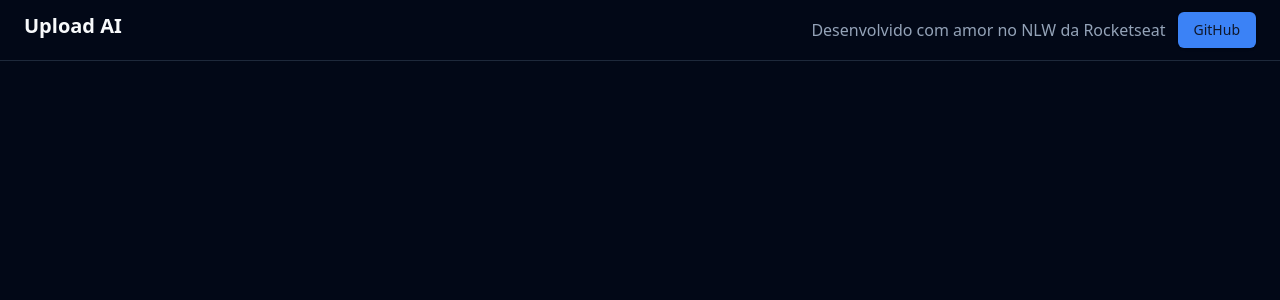
Repository: brksaian/nlw-2023-IA
Page: /
An editor plug-in stored every save of this project. The page is shown before and after the next save, followed by the edit.
The browser window is 1280 px wide. The pictures show the whole page.
The project was rebuilt for these pictures with package versions that can differ from the ones it lists, and the page was loaded fresh each time. Also part of the build but not shown: vite.config.ts.

Above is the page before, as saved 2023-09-12 21:36:08.

### index.html
<!DOCTYPE html>
<html lang="en">
  <head>
    <meta charset="UTF-8" />
    <meta name="viewport" content="width=device-width, initial-scale=1.0" />
    <title>Upload AI</title>
  </head>
  <body>
    <div id="root"></div>
    <script type="module" src="/src/main.tsx"></script>
  </body>
</html>

### src/App.tsx
import { Button } from "./components/ui/button";

export function App() {
  return (
    <div>
      <div className="px-6 py-3 flex item-center justify-between border-b">
        <h1 className="text-xl font-bold">Upload AI</h1>

        <div className="flex items-center gap-3">
          <span className="text-small text-muted-foreground">
            Desenvolvido com amor no NLW da Rocketseat{" "}
          </span>
          <Button>GitHub</Button>
        </div>
      </div>
    </div>
  );
}

### src/index.css
@tailwind base;
@tailwind components;
@tailwind utilities;

@layer base {
  :root {
    --background: 222.2 84% 4.9%;
    --foreground: 210 40% 98%;
    --card: 222.2 84% 4.9%;
    --card-foreground: 210 40% 98%;
    --popover: 222.2 84% 4.9%;
    --popover-foreground: 210 40% 98%;
    --primary: 217.2 91.2% 59.8%;
    --primary-foreground: 222.2 47.4% 11.2%;
    --secondary: 217.2 32.6% 17.5%;
    --secondary-foreground: 210 40% 98%;
    --muted: 217.2 32.6% 17.5%;
    --muted-foreground: 215 20.2% 65.1%;
    --accent: 217.2 32.6% 17.5%;
    --accent-foreground: 210 40% 98%;
    --destructive: 0 62.8% 30.6%;
    --destructive-foreground: 210 40% 98%;
    --border: 217.2 32.6% 17.5%;
    --input: 217.2 32.6% 17.5%;
    --ring: 224.3 76.3% 48%;

    --radius: 0.5rem;
  }
}

@layer base {
  * {
    @apply border-border;
  }
  body {
    @apply bg-background text-foreground;
  }
}

### src/components/ui/button.tsx
import * as React from "react"
import { Slot } from "@radix-ui/react-slot"
import { cva, type VariantProps } from "class-variance-authority"

import { cn } from "@/lib/utils"

const buttonVariants = cva(
  "inline-flex items-center justify-center rounded-md text-sm font-medium transition-colors focus-visible:outline-none focus-visible:ring-1 focus-visible:ring-ring disabled:pointer-events-none disabled:opacity-50",
  {
    variants: {
      variant: {
        default:
          "bg-primary text-primary-foreground shadow hover:bg-primary/90",
        destructive:
          "bg-destructive text-destructive-foreground shadow-sm hover:bg-destructive/90",
        outline:
          "border border-input bg-transparent shadow-sm hover:bg-accent hover:text-accent-foreground",
        secondary:
          "bg-secondary text-secondary-foreground shadow-sm hover:bg-secondary/80",
        ghost: "hover:bg-accent hover:text-accent-foreground",
        link: "text-primary underline-offset-4 hover:underline",
      },
      size: {
        default: "h-9 px-4 py-2",
        sm: "h-8 rounded-md px-3 text-xs",
        lg: "h-10 rounded-md px-8",
        icon: "h-9 w-9",
      },
    },
    defaultVariants: {
      variant: "default",
      size: "default",
    },
  }
)

export interface ButtonProps
  extends React.ButtonHTMLAttributes<HTMLButtonElement>,
    VariantProps<typeof buttonVariants> {
  asChild?: boolean
}

const Button = React.forwardRef<HTMLButtonElement, ButtonProps>(
  ({ className, variant, size, asChild = false, ...props }, ref) => {
    const Comp = asChild ? Slot : "button"
    return (
      <Comp
        className={cn(buttonVariants({ variant, size, className }))}
        ref={ref}
        {...props}
      />
    )
  }
)
Button.displayName = "Button"

export { Button, buttonVariants }

Loaded but not shown: src/main.tsx (common file); src/lib/utils.ts (common file); tailwind.config.js (common file)

After the next save:
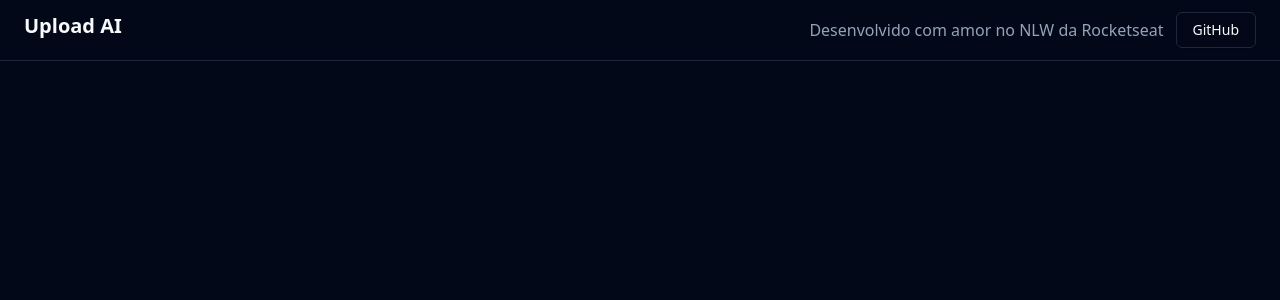
Saved 45 s later.
--- a/src/App.tsx
+++ b/src/App.tsx
@@ -8,9 +8,9 @@ export function App() {
 
         <div className="flex items-center gap-3">
           <span className="text-small text-muted-foreground">
-            Desenvolvido com amor no NLW da Rocketseat{" "}
+            Desenvolvido com amor no NLW da Rocketseat
           </span>
-          <Button>GitHub</Button>
+          <Button variant="outline">GitHub</Button>
         </div>
       </div>
     </div>
